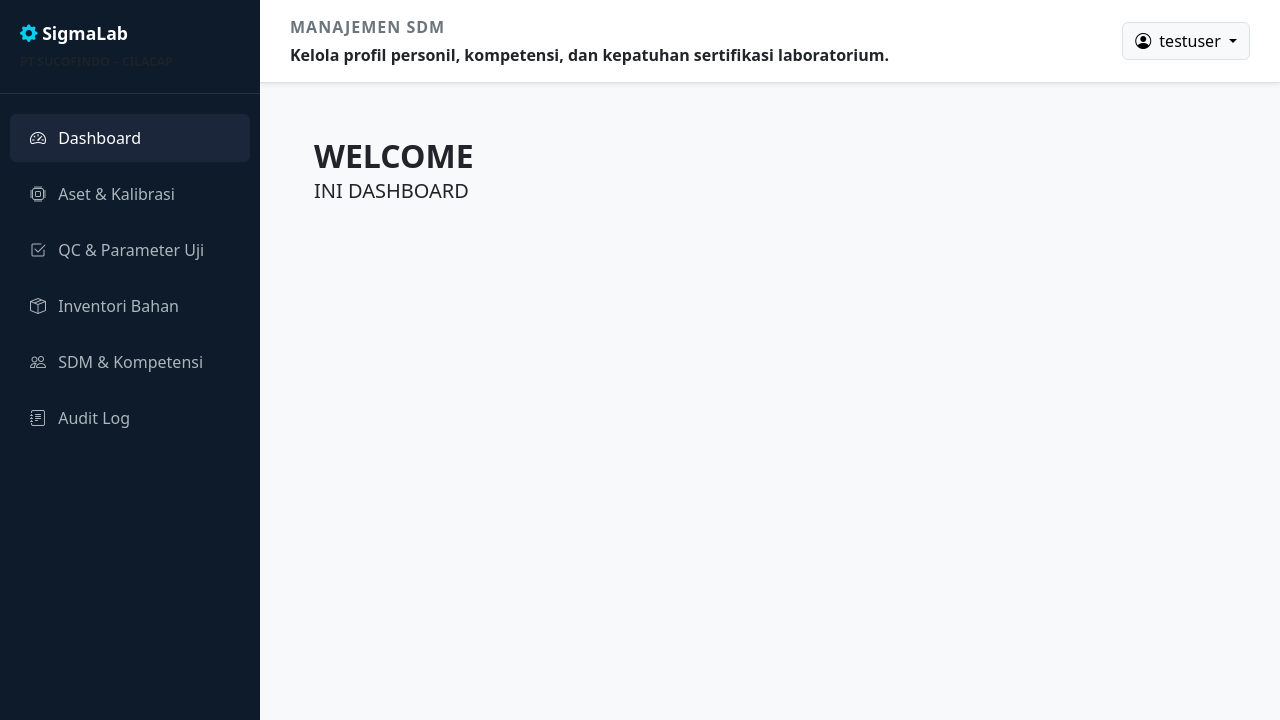
Repository: amelianeesa/sigmalab
Page: http://localhost/dashboard
These files come from the project's save history. The page is drawn as it stood at one moment and after the next save; the edit follows.
The browser window is 1280 px wide. The pictures show the whole page.
The page is served by the project's Laravel application, run on PHP 8.4 with Laravel 12. A made-up administrator, Test User (test@example.com), is signed in. Other server files are loaded and not shown.

Above is the page before, as saved 2026-08-06 11:25:24.

### routes/web.php
<?php

use Illuminate\Support\Facades\Route;
use App\Http\Controllers\AuthController;
use App\Http\Controllers\SdmController;

Route::get('/', [AuthController::class, 'showLogin']);
Route::get('/login', [AuthController::class, 'showLogin'])->name('login');
Route::post('/login', [AuthController::class, 'processLogin'])->name('login.process');

Route::get('/register', [AuthController::class, 'showRegister'])->name('register');
Route::post('/register', [AuthController::class, 'processRegister'])->name('register.process');

Route::post('/logout', [AuthController::class, 'logout'])->name('logout');

Route::middleware(['auth'])->group(function () {

    Route::get('/dashboard', function () {
        return view('dashboard-index');
    })->name('dashboard');

    Route::get('/sdm', [SdmController::class, 'index'])->name('sdm.index');
    Route::get('/sdm/create', [SdmController::class, 'create'])->name('sdm.create');
    Route::post('/sdm', [SdmController::class, 'store'])->name('sdm.store');
    Route::get('/sdm/{id}/edit', [SdmController::class, 'edit'])->name('sdm.edit');
    Route::put('/sdm/{id}', [SdmController::class, 'update'])->name('sdm.update');
    Route::delete('/sdm/{id}', [SdmController::class, 'destroy'])->name('sdm.destroy');
    Route::patch('/sdm/{id}/aktifkan', [SdmController::class, 'activate'])->name('sdm.activate');
    Route::delete('/sdm/{id}/permanen', [SdmController::class, 'forceDestroy'])->name('sdm.force-destroy');

    Route::get('/sdm/{id}/kompetensi', [SdmController::class, 'kompetensiDetail'])->name('sdm.kompetensi.detail');
    Route::post('/sdm/{id}/kompetensi', [SdmController::class, 'storeKompetensi'])->name('sdm.kompetensi.store');
    Route::put('/sdm/{id}/kompetensi/{kompetensiId}', [SdmController::class, 'updateKompetensi'])->name('sdm.kompetensi.update');
    Route::delete('/sdm/{id}/kompetensi/{kompetensiId}', [SdmController::class, 'destroyKompetensi'])->name('sdm.kompetensi.destroy');
    Route::get('/sdm/{id}/cv', [SdmController::class, 'showCv'])->name('sdm.cv');
});

### app/Models/User.php
<?php

namespace App\Models;

use Illuminate\Database\Eloquent\Factories\HasFactory;
use Illuminate\Foundation\Auth\User as Authenticatable;
use Illuminate\Notifications\Notifiable;

class User extends Authenticatable
{
    use HasFactory, Notifiable;

    protected $table = 'users';
    protected $primaryKey = 'users_id';

    protected $fillable = [
        'personil_id',
        'username',
        'email',
        'password',
        'role_id',
        'status_aktif',
    ];

    protected $hidden = [
        'password',
    ];

    public function personil()
    {
        return $this->belongsTo(Personil::class, 'personil_id', 'personil_id');
    }

    public function role()
    {
        return $this->belongsTo(Role::class, 'role_id', 'roles_id');
    }
}

### resources/views/dashboard-index.blade.php
@extends('layouts.app')

@section('content')
<div class="container-fluid px-4 py-4">
    <div class="d-flex justify-content-between align-items-center mb-4">
        <div>
            <h2 class="fw-bold text-dark mb-1">WELCOME</h2>
            <h5>INI DASHBOARD</h5>
        </div>
    </div>
</div>
@endsection

### resources/views/layouts/app.blade.php
<!DOCTYPE html>
<html lang="id">

<head>
    <meta charset="UTF-8">
    <title>Dashboard - SIGMALAB Sucofindo</title>
    <link href="https://cdn.jsdelivr.net/npm/bootstrap@5.3.0/dist/css/bootstrap.min.css" rel="stylesheet">
    <link href="https://cdn.jsdelivr.net/npm/bootstrap-icons@1.10.5/font/bootstrap-icons.css" rel="stylesheet">
    <style>
        body {
            background-color: #f8f9fa;
        }

        #sidebar {
            min-height: 100vh;
            background-color: #0d1b2a;
            color: #fff;
            width: 260px;
            position: fixed;
            top: 0;
            left: 0;
            z-index: 100;
        }

        #sidebar .brand {
            padding: 20px;
            font-weight: bold;
            font-size: 1.1rem;
            border-bottom: 1px solid rgba(255, 255, 255, 0.1);
        }

        #sidebar .nav-link {
            color: #adb5bd;
            padding: 12px 20px;
            margin: 4px 10px;
            border-radius: 6px;
        }

        #sidebar .nav-link:hover,
        #sidebar .nav-link.active {
            color: #fff;
            background-color: #1b263b;
        }

        #content {
            margin-left: 260px;
            padding: 30px;
        }

        .top-navbar {
            background: #fff;
            padding: 15px 30px;
            border-bottom: 1px solid #dee2e6;
            margin-left: 260px;
            display: flex;
            justify-content: space-between;
            align-items: center;
        }
    </style>
    @if(View::hasSection('noSidebar'))
    <style>
        /* Hide sidebar and reset content when child view requests no sidebar */
        #sidebar { display: none !important; }
        #content { margin-left: 0 !important; padding: 30px; }
        .top-navbar { margin-left: 0 !important; }
    </style>
    @endif
</head>

<body>
    <div id="sidebar" class="d-flex flex-column">
        <div class="brand">
            <i class="bi bi-gear-fill text-info"></i> SigmaLab<br>
            <small class="text-muted" style="font-size: 0.75rem;">PT SUCOFINDO – CILACAP</small>
        </div>
        <ul class="nav flex-column mt-3">
            <li class="nav-item">
                <a href="{{ route('dashboard') }}" class="nav-link active"><i class="bi bi-speedometer2 me-2"></i>
                    Dashboard</a>
            </li>
            <li class="nav-item">
                <a href="#" class="nav-link"><i class="bi bi-cpu me-2"></i> Aset & Kalibrasi</a>
            </li>
            <li class="nav-item">
                <a href="#" class="nav-link"><i class="bi bi-check2-square me-2"></i> QC & Parameter Uji</a>
            </li>
            <li class="nav-item">
                <a href="#" class="nav-link"><i class="bi bi-box-seam me-2"></i> Inventori Bahan</a>
            </li>
            <li class="nav-item">
                <a href="{{ route('sdm.index') }}" class="nav-link {{ request()->routeIs('sdm*') ? 'active' : '' }}">
                    <i class="bi bi-people me-2"></i> SDM & Kompetensi
                </a>
            </li>
            <li class="nav-item">
                <a href="#" class="nav-link"><i class="bi bi-journal-text me-2"></i> Audit Log</a>
            </li>
        </ul>
    </div>

    <div class="top-navbar shadow-sm">
        <div>
            <span class="text-uppercase text-secondary fs-7 fw-bold d-block mb-1" style="font-size: 20  px; letter-spacing: 1px;">MANAJEMEN SDM</span>
            <h7 class="mb-0 fw-bold">Kelola profil personil, kompetensi, dan kepatuhan sertifikasi laboratorium.</h7>
        </div>
        <div class="dropdown">
            <button class="btn btn-light dropdown-toggle border" type="button" data-bs-toggle="dropdown">
                <i class="bi bi-person-circle me-1"></i> {{ Auth::user()->username ?? 'Admin' }}
            </button>
            <ul class="dropdown-menu dropdown-menu-end">
                <li>
                    <form action="{{ route('logout') }}" method="POST">
                        @csrf
                        <button type="submit" class="dropdown-item text-danger"><i
                                class="bi bi-box-arrow-right me-2"></i> Logout</button>
                    </form>
                </li>
            </ul>
        </div>
    </div>

    <div id="content">
        @yield('content')
    </div>

    <script src="https://cdn.jsdelivr.net/npm/bootstrap@5.3.0/dist/js/bootstrap.bundle.min.js"></script>
</body>

</html>

After the next save:
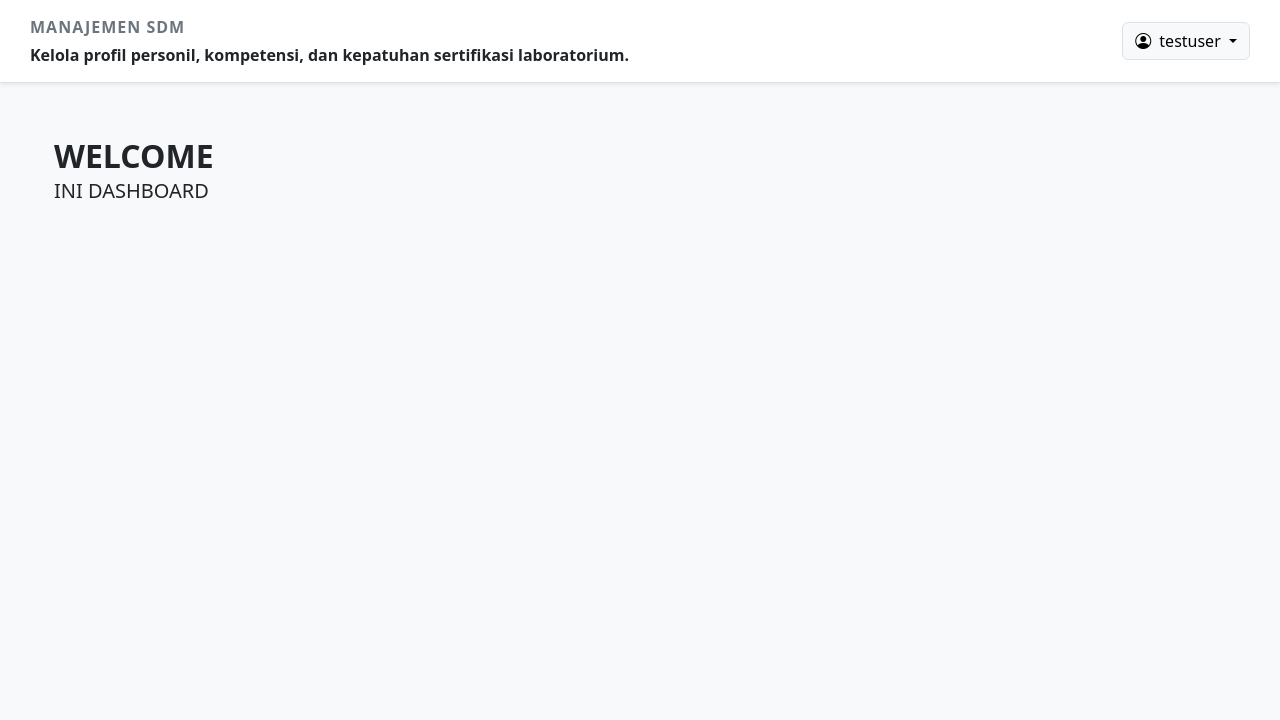
Saved 5 s later.
--- a/resources/views/dashboard-index.blade.php
+++ b/resources/views/dashboard-index.blade.php
@@ -1,4 +1,7 @@
 @extends('layouts.app')
+
+@section('noSidebar')
+@endsection
 
 @section('content')
 <div class="container-fluid px-4 py-4">
